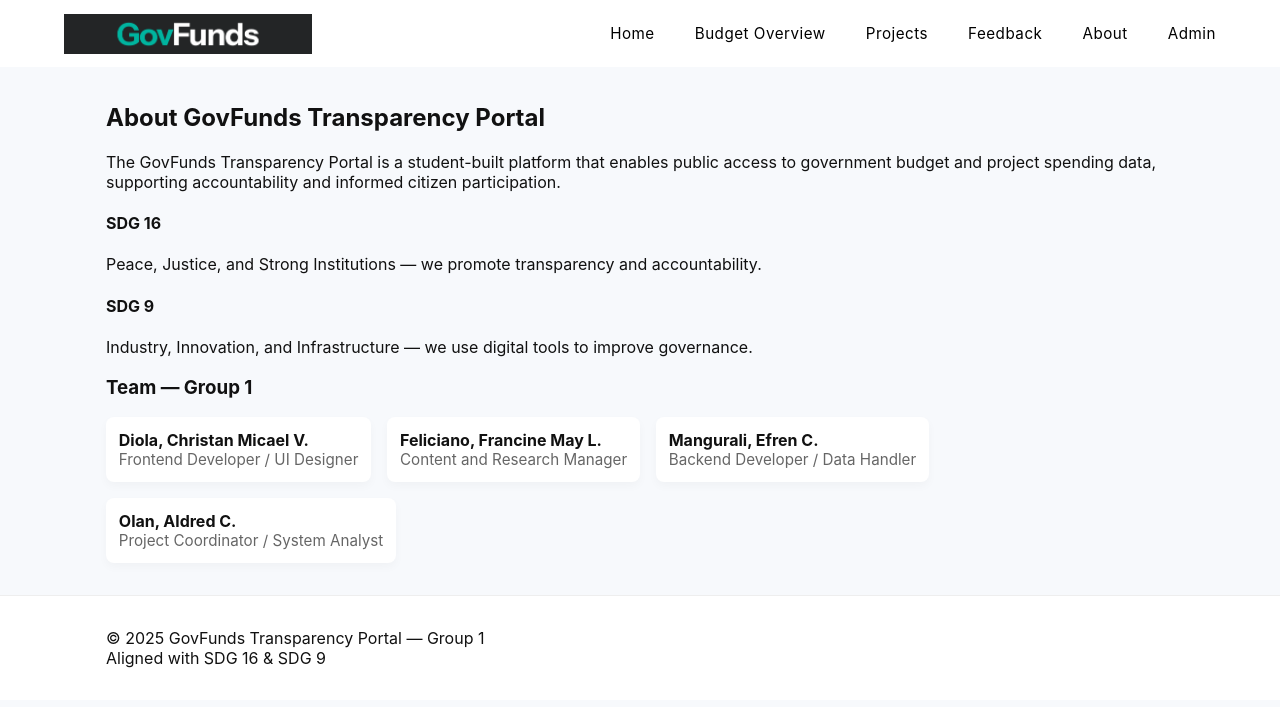
Repository: efren319/GovFunds
Page: http://localhost/about
An editor plug-in stored every save of this project. The page is shown before and after the next save, followed by the edit.
The browser window is 1280 px wide. The pictures show the whole page.
The page is served by the project's application, run on Flask 3 (app.py).

Above is the page before, as saved 2025-11-10 21:17:32.

After the next save:
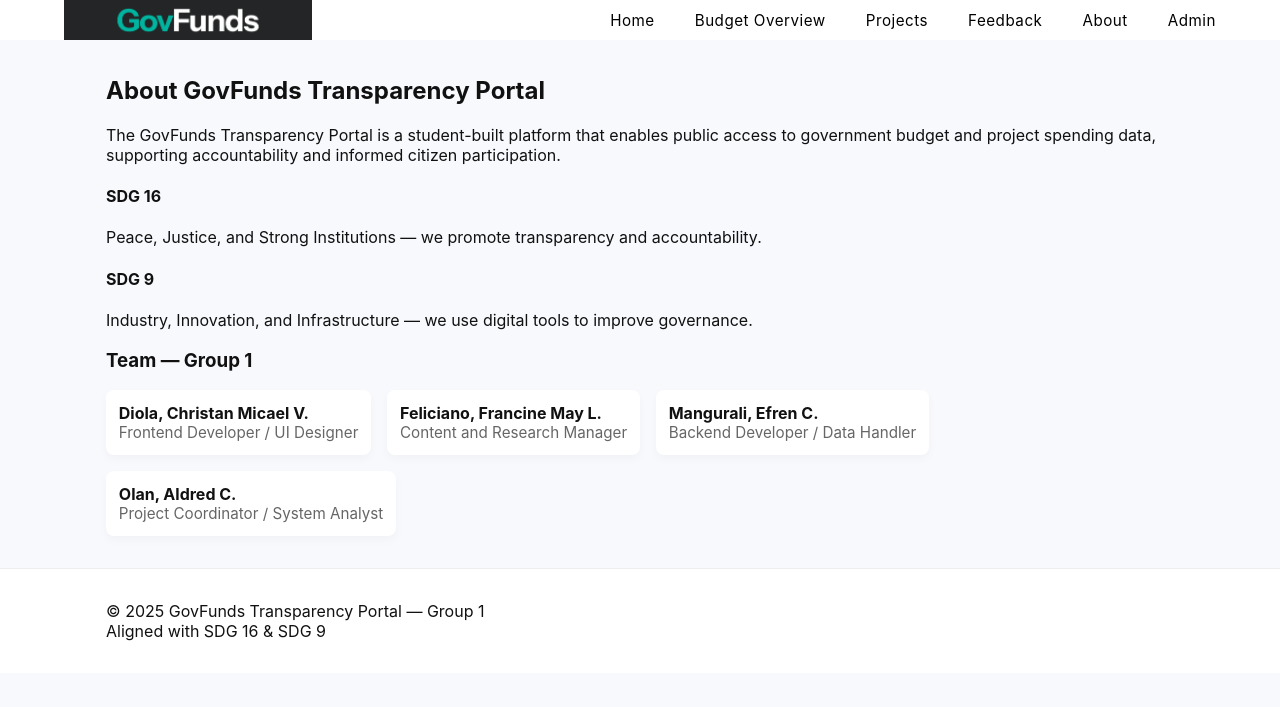
Saved 5 s later.
--- a/static/style.css
+++ b/static/style.css
@@ -74,7 +74,7 @@ body {
   justify-content: flex-end;
   align-items: stretch;
   flex: 1;
-  padding: 24px 64px 24px 0;
+  padding: 0 64px;
 }
 
 nav {
